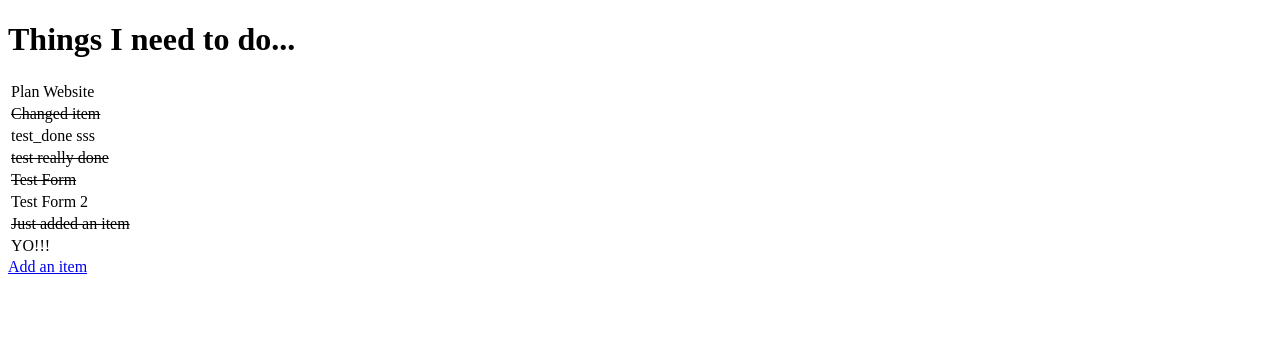
Repository: Vesss/django_testing
Page: http://localhost/
The author's editor kept a record of every edit. The page is drawn from the files as they stood at one moment, then again after the next edit.
The browser window is 1280 px wide. The pictures show the whole page.
The page is served by the project's application, run on Django 2.2 (manage.py). The page reads the database file committed with the project.

Above is the page before.

After the next edit:
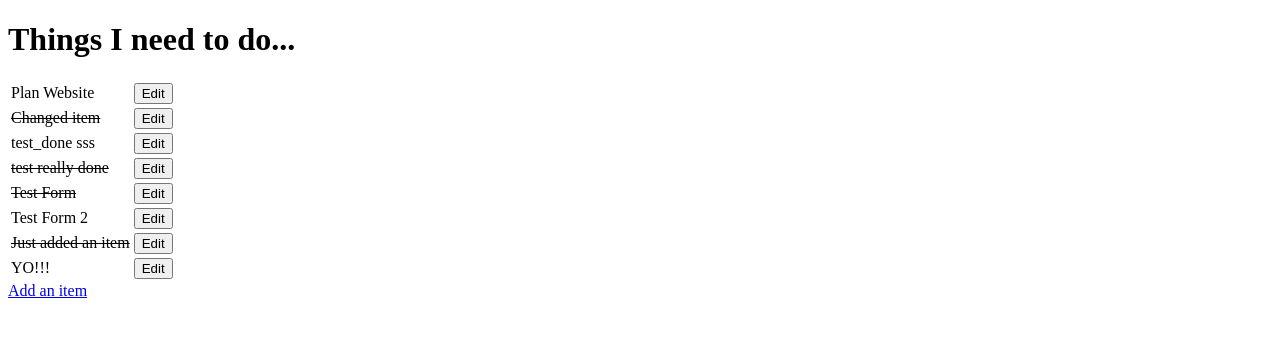
The edit:
--- a/todo/templates/todo_list.html
+++ b/todo/templates/todo_list.html
@@ -17,6 +17,12 @@
             {% else %}
             <td>{{ item.name }}</td>
             {% endif %}
+
+            <td>
+                <form method="GET" action="edit/{{ item.id }}"><input type="submit" value="Edit" /></form>
+            </td>
+
+
         </tr>
         {% empty %}
         <p>You have nothing to do.</p>
